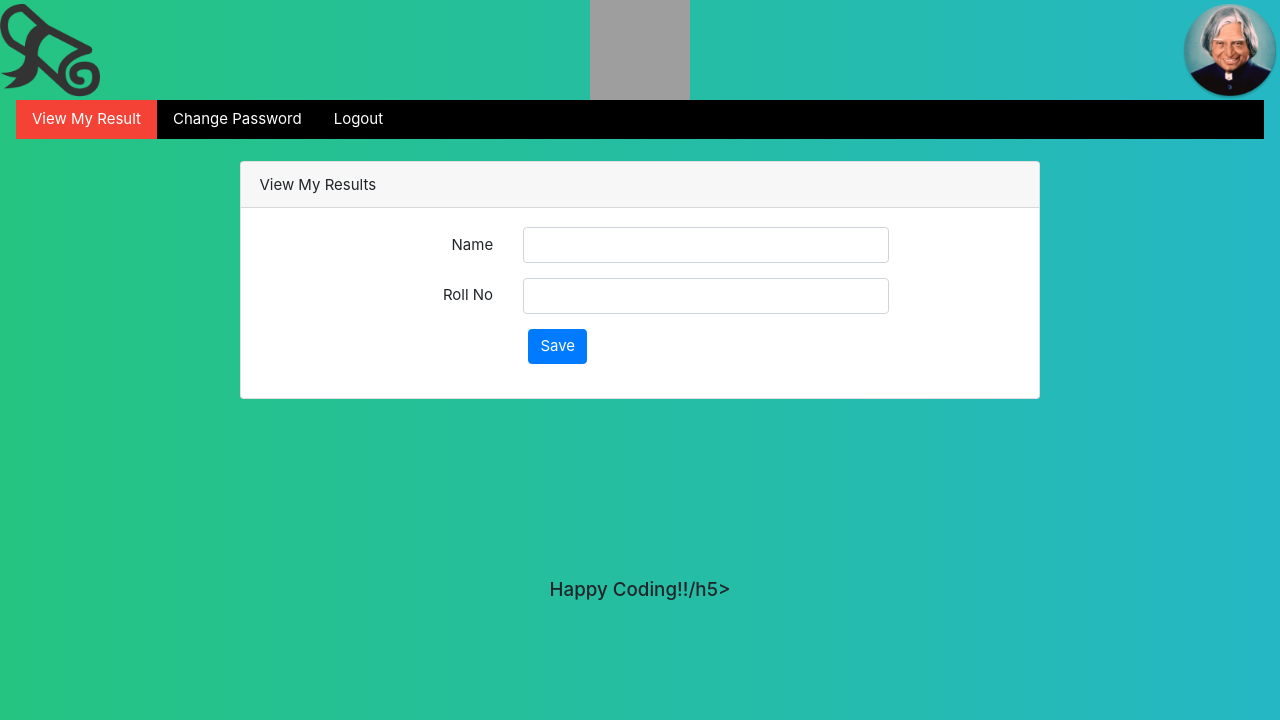
Repository: AlkaDas991/Dbms
Page: http://localhost/Student_Record_Management/studentHome.jsp
These files come from the project's save history. The page is drawn as it stood at one moment and after the next save; the edit follows.
The browser window is 1280 px wide. The pictures show the whole page.
Pictures or frames that could not be fetched are drawn as grey boxes. Some web fonts or font styles are not loaded; a fallback is used. Some web libraries are served in a nearby version. The page is served by Tomcat 9.

Above is the page before, as saved 2021-03-12 18:55:51.
Console error: TypeError: Cannot read properties of undefined (reading 'fn')

After the next save:
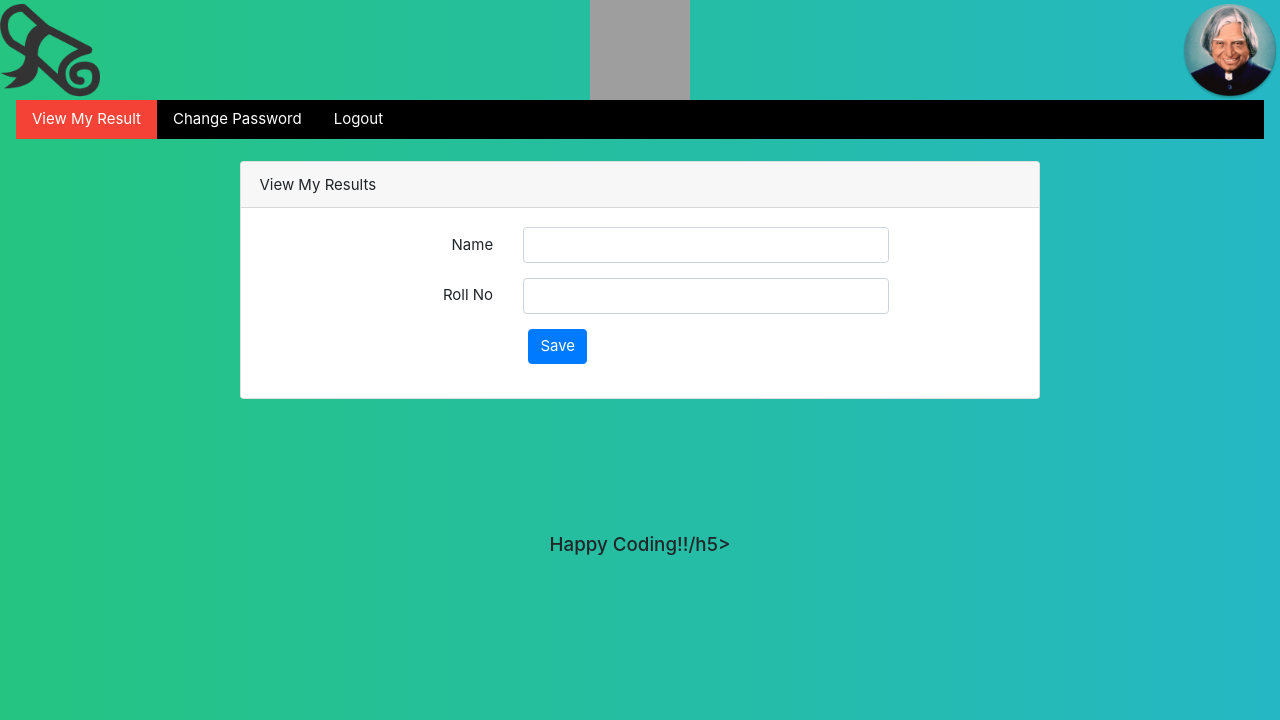
Saved 15 s later.
--- a/Student Record Management/WebContent/studentHome.jsp
+++ b/Student Record Management/WebContent/studentHome.jsp
@@ -157,7 +157,7 @@
   </div>
 
 
-<br><br><br><br><br><br><br><br>
+<br><br><br><br><br><br>
 
 
 <center><h5>Happy Coding!!/h5></center>
